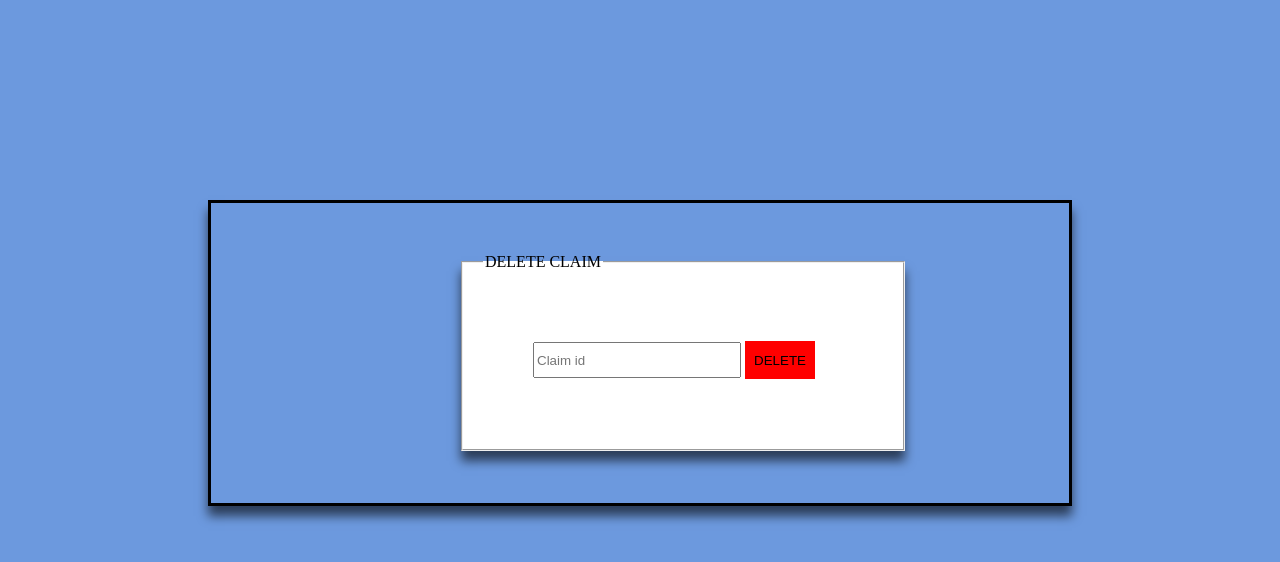
Repository: Nihara-R/Vehicle-Insurance-Portal
Page: http://localhost/delete_claim.php
An editor plug-in stored every save of this project. The page is shown before and after the next save, followed by the edit.
The browser window is 1280 px wide. The pictures show the whole page.
The page is run by PHP 8.4 with error messages shown; the project is at /var/www/html/.

Above is the page before, as saved 2023-06-29 09:00:37.

### delete_claim.php
<!DOCTYPE html>
<html lang="en" dir="ltr">
  <head>
    <meta charset="utf-8">
    <title></title>
    <link rel="stylesheet" href="css/deletuser.css">
  </head>
  <body>
    <div class="deletebox">
    <fieldset>
<legend>DELETE CLAIM</legend>

    <form class="" action="include/delet_claim.inc.php" method="post">

      <input type="text" name="id" value="" placeholder="Claim id" class="textbox">

      <input type="submit" name="submit" value="DELETE" class="button">

</fieldset>
</div>
    </form>

  </body>
</html>

### css/deletuser.css
body{
  background: #6C99DE;
}
form{
margin: 50px;
}
.deletebox{
  margin: 200px;
  padding: 50px;
  height: 200px;
  border: 3px solid black;
  box-shadow: 0 10px 10px rgba(0,0, 0, 0.60);
}
fieldset{
  width: 400px;
  padding: 20px;
  align-items: center;
  justify-content: center;
  margin-left: 200px;

  box-shadow: 0 10px 10px rgba(0,0, 0, 0.60);
  background: white;
}
.button{
  background: red;
  height: 38px;
  width: 70px;
  border: none;
}
.textbox{
  height: 30px;
  width: 200px;

}

After the next save:
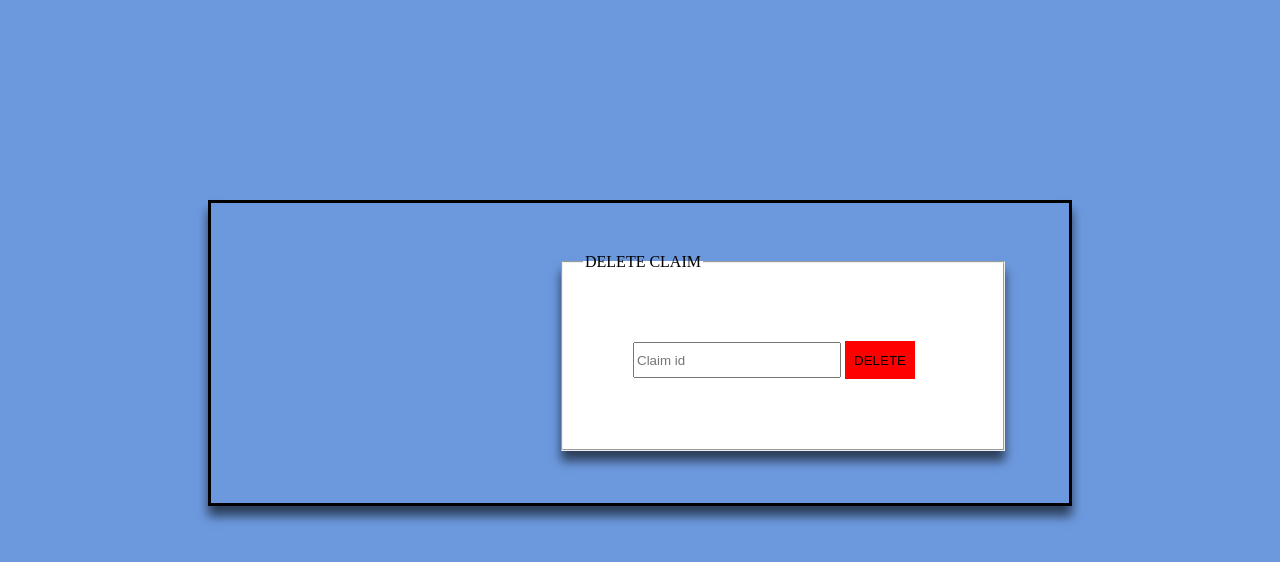
Saved 16 s later.
--- a/css/deletuser.css
+++ b/css/deletuser.css
@@ -16,7 +16,7 @@ fieldset{
   padding: 20px;
   align-items: center;
   justify-content: center;
-  margin-left: 200px;
+  margin-left: 300px;
 
   box-shadow: 0 10px 10px rgba(0,0, 0, 0.60);
   background: white;
